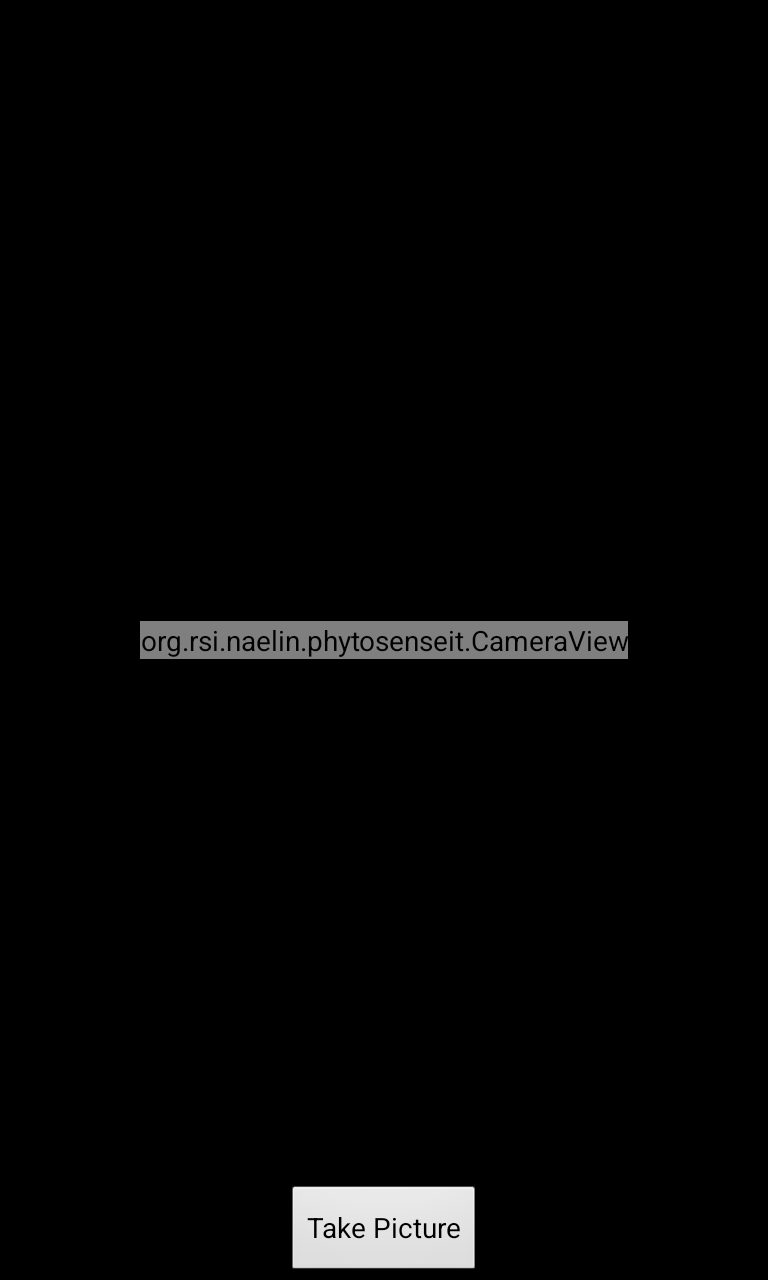
Repository: justnaelin/PhytoSenseIt-app
Layout: PhytoSenseIt/res/layout/activity_main.xml
An editor plug-in stored every save of this project. The layout is shown before and after the next save, followed by the edit.
Pictures or frames that could not be fetched are drawn as grey boxes. It is drawn on a 768 x 1280 px phone screen (xhdpi) without system bars, with theme android:Theme.NoTitleBar.Fullscreen; the app's code is not run.

Above is the layout before, as saved 2015-07-29 18:10:35.

### PhytoSenseIt/res/layout/activity_main.xml
<?xml version="1.0" encoding="UTF-8"?>
<RelativeLayout xmlns:android="http://schemas.android.com/apk/res/android"
    xmlns:tools="http://schemas.android.com/tools"
    android:layout_width="match_parent"
    android:layout_height="match_parent"
     >
	<!--
    <org.rsi.naelin.phytosenseit.CameraView
        android:id="@+id/java_surface_view"
        android:layout_width="match_parent"
        android:layout_height="match_parent" /> -->

    <ImageView
        android:id="@+id/image_view"
        android:layout_width="match_parent"
        android:layout_height="match_parent" />

    <org.rsi.naelin.phytosenseit.CameraView
        android:id="@+id/cameraView1"
        android:layout_width="wrap_content"
        android:layout_height="wrap_content"
        android:layout_centerHorizontal="true"
        android:layout_centerVertical="true" />

    <Button
        android:id="@+id/take_photo_button"
        android:layout_width="wrap_content"
        android:layout_height="wrap_content"
        android:layout_alignParentBottom="true"
        android:layout_centerHorizontal="true"
        android:text="Take Picture" />

</RelativeLayout>

After the next save:
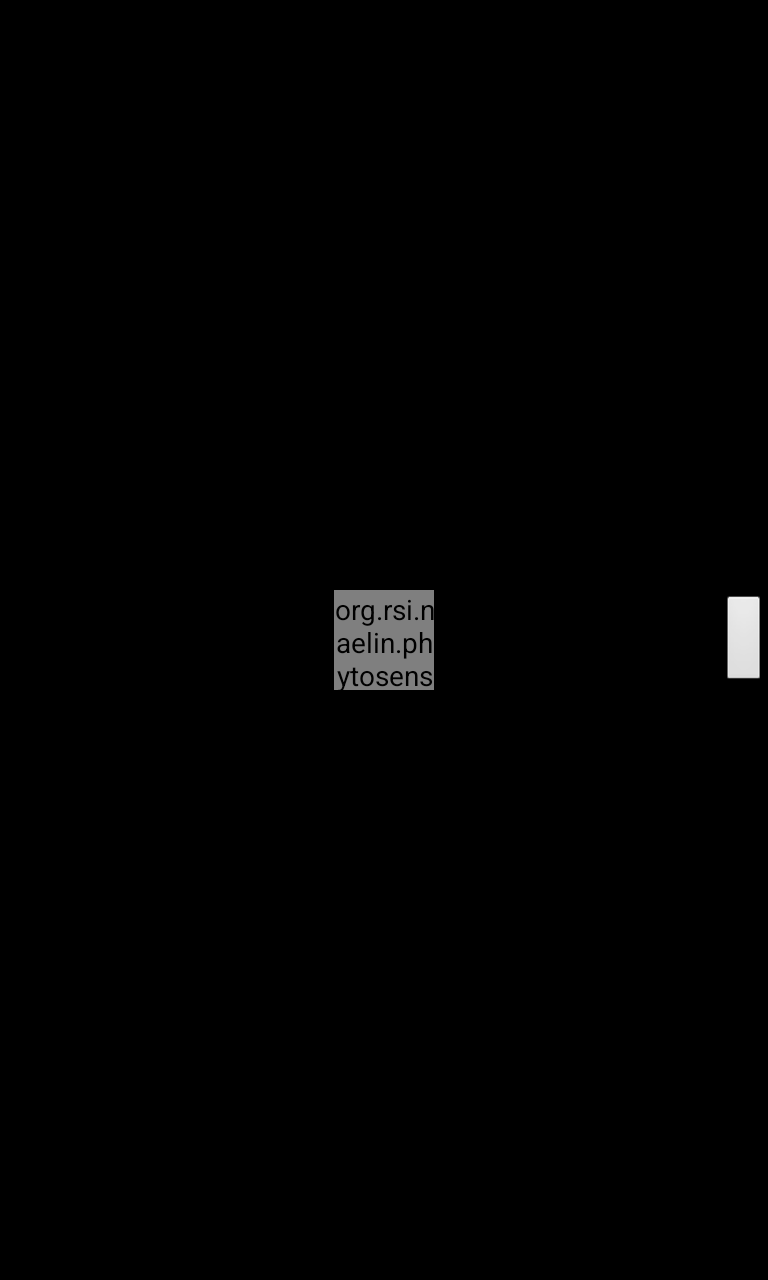
Saved 113 s later.
--- a/PhytoSenseIt/res/layout/activity_main.xml
+++ b/PhytoSenseIt/res/layout/activity_main.xml
@@ -17,8 +17,8 @@
 
     <org.rsi.naelin.phytosenseit.CameraView
         android:id="@+id/cameraView1"
-        android:layout_width="wrap_content"
-        android:layout_height="wrap_content"
+        android:layout_width="50dp"
+        android:layout_height="50dp"
         android:layout_centerHorizontal="true"
         android:layout_centerVertical="true" />
 
@@ -26,8 +26,8 @@
         android:id="@+id/take_photo_button"
         android:layout_width="wrap_content"
         android:layout_height="wrap_content"
-        android:layout_alignParentBottom="true"
-        android:layout_centerHorizontal="true"
-        android:text="Take Picture" />
+        android:layout_alignBaseline="@+id/cameraView1"
+        android:layout_alignBottom="@+id/cameraView1"
+        android:layout_alignParentRight="true" />
 
 </RelativeLayout>
